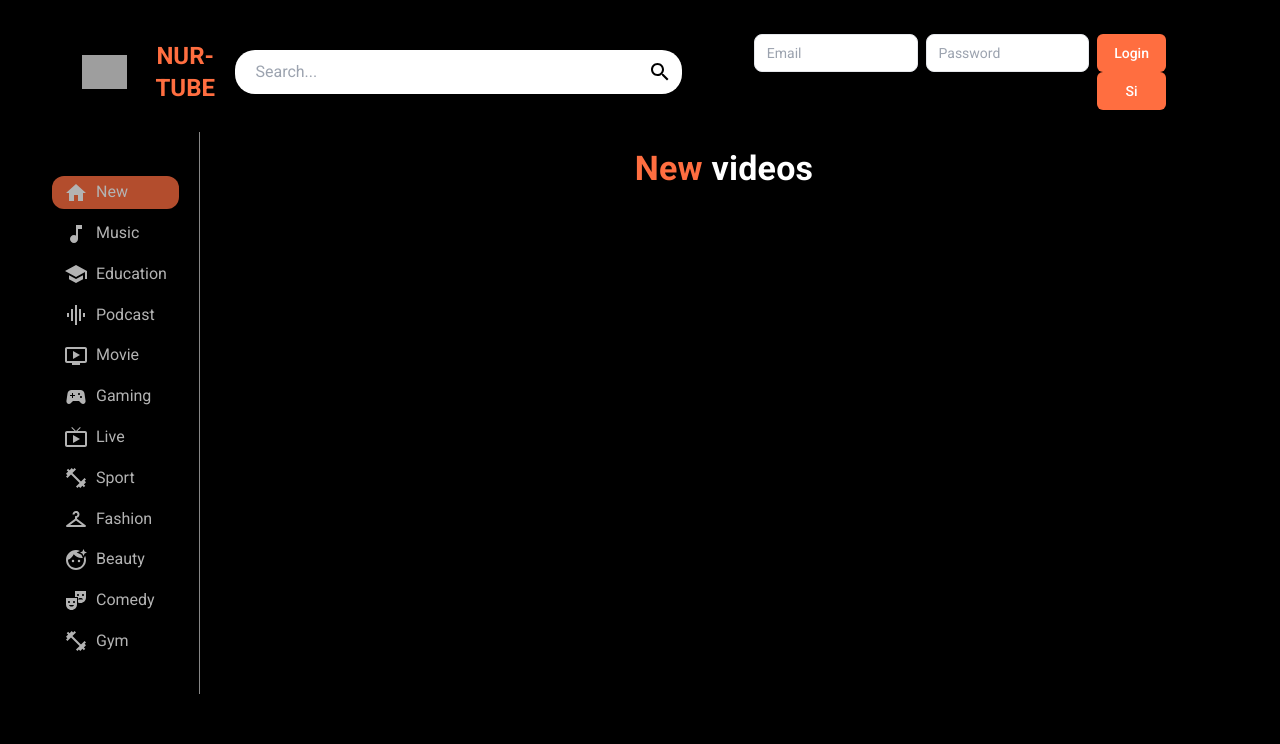
Repository: Nurlan-Bakenbaev/YoutubeClone
Page: /
An editor plug-in stored every save of this project. The page is shown before and after a run of saves, followed by the edit.
The browser window is 1280 px wide. The pictures show the whole page.
Pictures or frames that could not be fetched are drawn as grey boxes. The page's requests for data from a server got no answer. The project was rebuilt for these pictures with package versions that can differ from the ones it lists, and the page was loaded fresh each time. No one was signed in, and anything a server would have sent is missing. Also part of the build but not shown: vite.config.js, src/components/VideoCard.jsx, src/components/ChannelCard.jsx, src/components/Loader.jsx, src/components/VideoDetails.jsx, src/components/SearchFeed.jsx, src/components/ChannelDetails.jsx.

Above is the page before, as saved 2023-09-09 18:55:33.

After the next 3 saves:
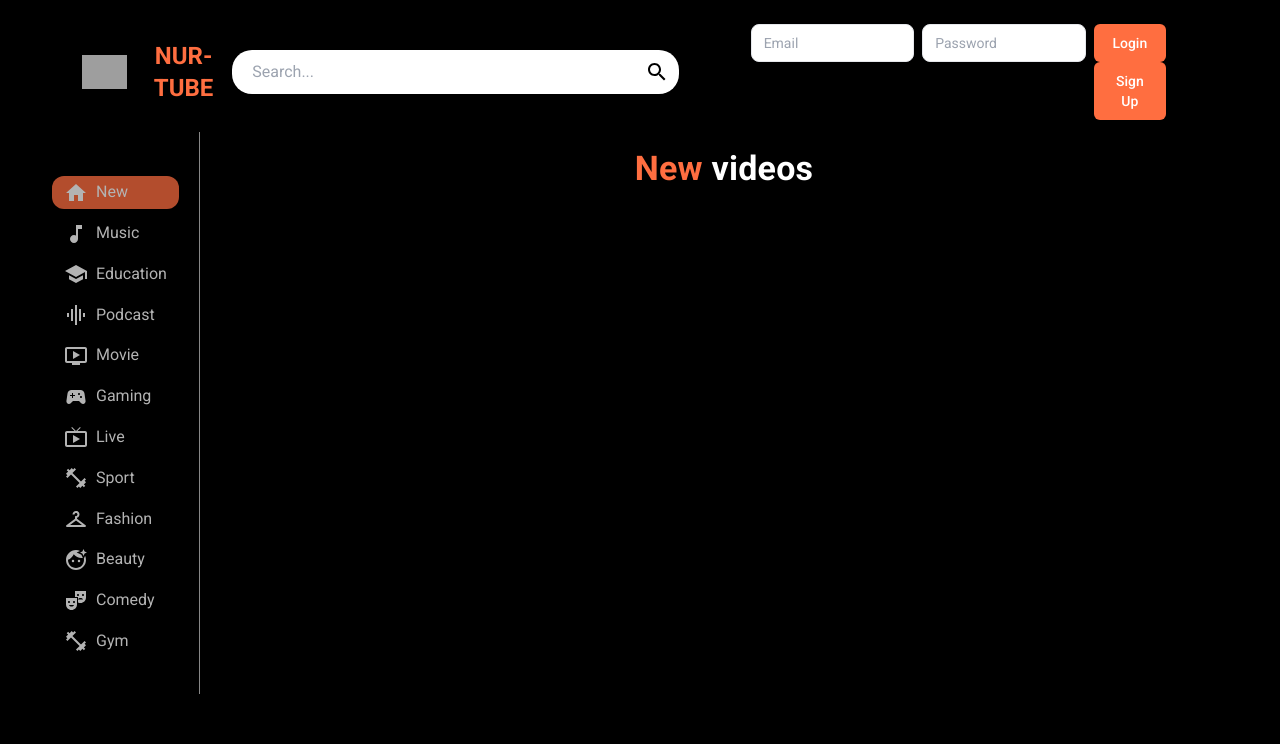
The 3 saves are shown as one change because they came seconds apart.
The last was saved 7 s later.
--- a/src/components/SignIn.jsx
+++ b/src/components/SignIn.jsx
@@ -81,7 +81,7 @@ signInWithEmailAndPassword(auth, email, password)
                   type="submit"
                   className="group relative w-full flex justify-center py-2 px-4 border border-transparent text-sm font-medium rounded-md text-white bg-[#ff6e40] focus:outline-none focus:ring-2 focus:ring-offset-2 focus:ring-indigo-500"
                 >
-                  <span>Si</span>
+                  <span>Sign Up</span>
                 </button>
               </div>
             </div>
